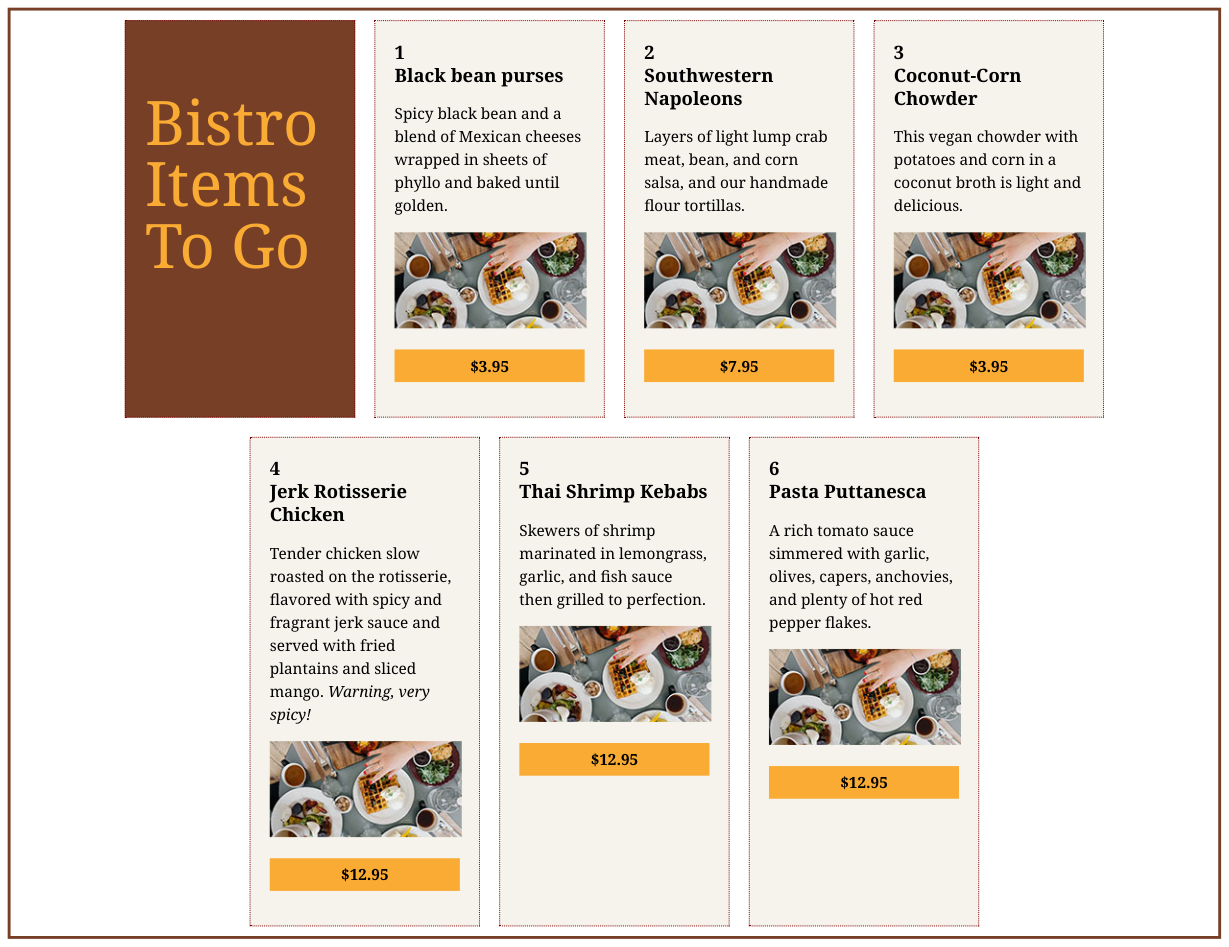
Repository: Colo-Codes/code-practice
Page: 02-css-practice-6.html
These files come from the project's save history. The page is drawn as it stood at one moment and after the next save; the edit follows.
The browser window is 1280 px wide. The pictures show the whole page, at 96% of full size.

Above is the page before, as saved 2021-05-13 11:06:23.

After the next save:
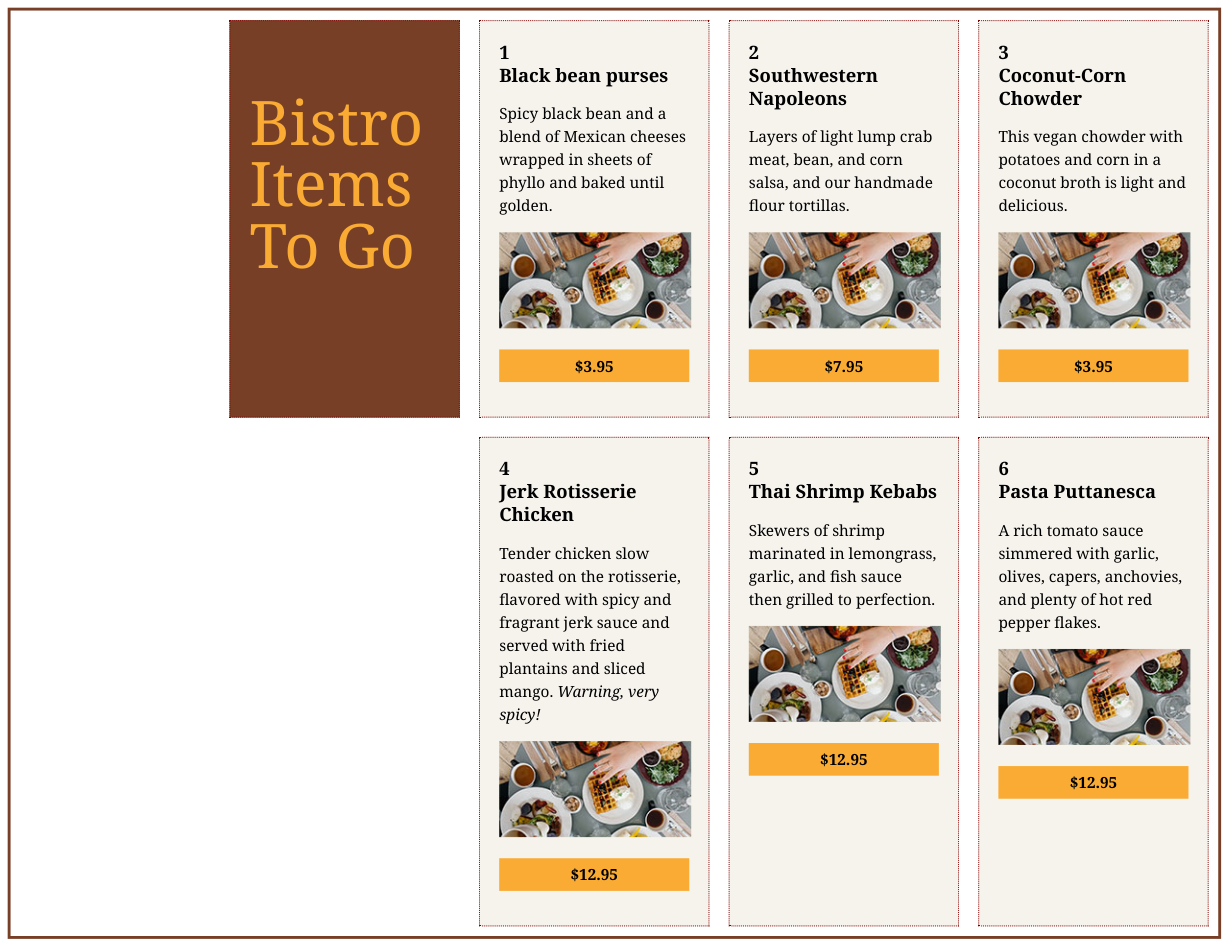
Saved 7 s later.
--- a/02-css-practice-6.html
+++ b/02-css-practice-6.html
@@ -38,7 +38,7 @@
       align-items: stretch;
       /* flex-wrap: wrap; */
       flex-flow: row wrap;
-      justify-content: center;
+      justify-content:end;
     }
 
     section {
